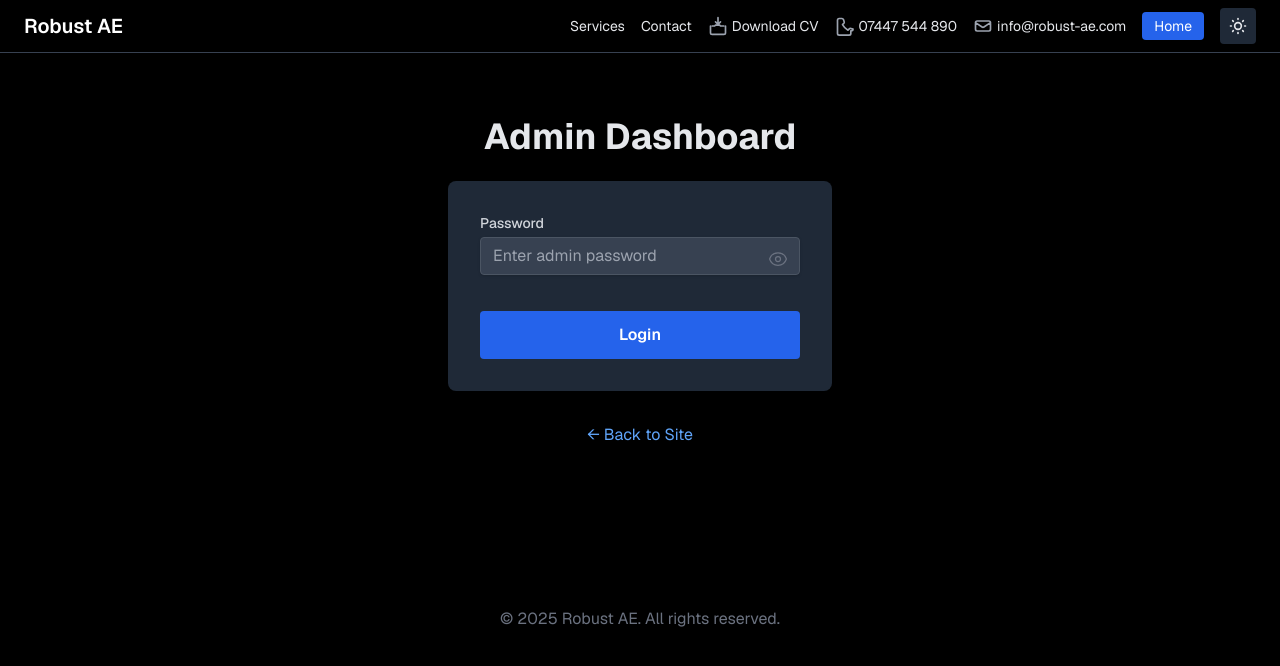
Repository: b0ase/robust-ae.com
Page: /admin
An editor plug-in stored every save of this project. The page is shown before and after the next save, followed by the edit.
The browser window is 1280 px wide. The pictures show the whole page.
The project was rebuilt for these pictures with package versions that can differ from the ones it lists, and the page was loaded fresh each time. The framework's server and built-in components were replaced by stand-ins that run in the browser. Also part of the build but not shown: next.config.ts.

Above is the page before, as saved 2025-05-05 13:39:12.

After the next save:
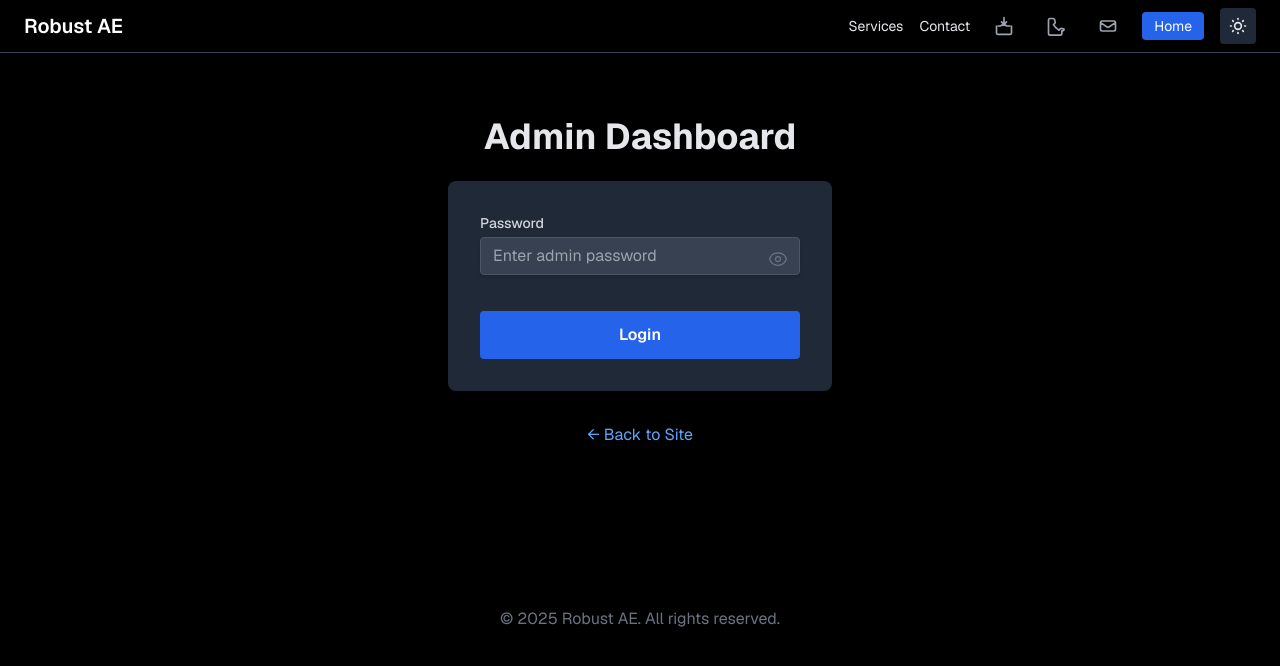
Saved 12 min 4 s later.
--- a/src/app/shared-layout.tsx
+++ b/src/app/shared-layout.tsx
@@ -39,26 +39,23 @@
             {/* Make nav links slightly smaller? text-sm */}
             <Link href="/newsite#services" className="text-sm hover:text-blue-600 dark:hover:text-blue-400">Services</Link>
             <Link href="/newsite#contact" className="text-sm hover:text-blue-600 dark:hover:text-blue-400">Contact</Link>
-            {/* Download CV link */}
-            <a href="/images/logos/George_Haworth_CV_23042025.pdf" download className="flex items-center text-sm hover:text-blue-600 dark:hover:text-blue-400">
-              <svg xmlns="http://www.w3.org/2000/svg" className="h-5 w-5 mr-1 text-gray-600 dark:text-gray-400" fill="none" viewBox="0 0 24 24" stroke="currentColor">
+            {/* Download CV icon */}
+            <a href="/images/logos/George_Haworth_CV_23042025.pdf" download className="p-2 rounded hover:bg-gray-100 dark:hover:bg-gray-700" title="Download CV">
+              <svg xmlns="http://www.w3.org/2000/svg" className="h-5 w-5 text-gray-600 dark:text-gray-400" fill="none" viewBox="0 0 24 24" stroke="currentColor">
                 <path strokeLinecap="round" strokeLinejoin="round" strokeWidth={2} d="M12 2v8m0 0l-3-3m3 3l3-3M21 12v8a2 2 0 01-2 2H5a2 2 0 01-2-2v-8m16 0h-4l-1-1H9l-1 1H5" />
               </svg>
-              <span>Download CV</span>
             </a>
-            {/* Phone link */}
-            <a href="tel:07447544890" className="flex items-center text-sm hover:text-blue-600 dark:hover:text-blue-400">
-              <svg xmlns="http://www.w3.org/2000/svg" className="h-5 w-5 mr-1 text-gray-600 dark:text-gray-400" fill="none" viewBox="0 0 24 24" stroke="currentColor">
+            {/* Phone icon */}
+            <a href="tel:07447544890" className="p-2 rounded hover:bg-gray-100 dark:hover:bg-gray-700" title="Call: 07447 544 890">
+              <svg xmlns="http://www.w3.org/2000/svg" className="h-5 w-5 text-gray-600 dark:text-gray-400" fill="none" viewBox="0 0 24 24" stroke="currentColor">
                 <path strokeLinecap="round" strokeLinejoin="round" strokeWidth={2} d="M3 5a2 2 0 012-2h3.28a2 2 0 011.89 1.316l.834 2.503a2 2 0 01-.45 2.005l-1.562 1.562a16.06 16.06 0 006.586 6.586l1.562-1.562a2 2 0 012.005-.45l2.503.834A2 2 0 0119 17.72V21a2 2 0 01-2 2H5a2 2 0 01-2-2v-3.28z" />
               </svg>
-              <span>07447 544 890</span>
             </a>
-            {/* Email link */}
-            <a href="mailto:info@robust-ae.com" className="flex items-center text-sm hover:text-blue-600 dark:hover:text-blue-400">
-              <svg xmlns="http://www.w3.org/2000/svg" className="h-5 w-5 mr-1 text-gray-600 dark:text-gray-400" fill="none" viewBox="0 0 24 24" stroke="currentColor">
+            {/* Email icon */}
+            <a href="mailto:info@robust-ae.com" className="p-2 rounded hover:bg-gray-100 dark:hover:bg-gray-700" title="Email: info@robust-ae.com">
+              <svg xmlns="http://www.w3.org/2000/svg" className="h-5 w-5 text-gray-600 dark:text-gray-400" fill="none" viewBox="0 0 24 24" stroke="currentColor">
                 <path strokeLinecap="round" strokeLinejoin="round" strokeWidth={2} d="M3 8l7.89 5.26a2 2 0 002.22 0L21 8m0 8a2 2 0 01-2 2H5a2 2 0 01-2-2V8a2 2 0 012-2h14a2 2 0 012 2v8z" />
               </svg>
-              <span>info@robust-ae.com</span>
             </a>
             {/* Make Home button slightly smaller? text-sm px-3 py-1 */}
             <Link href="/" className="bg-blue-600 text-white text-sm px-3 py-1 rounded hover:bg-blue-700">Home</Link>
